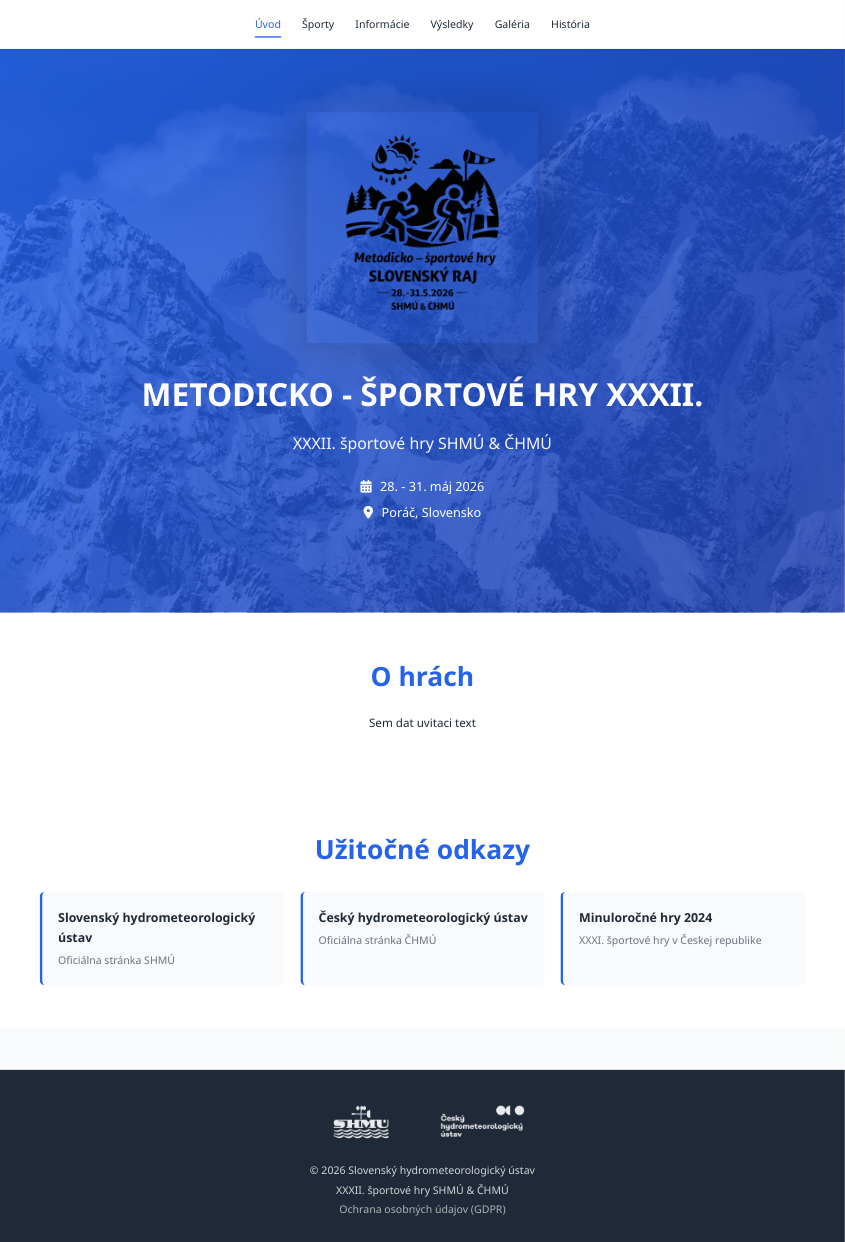
Repository: samiljimari/SHMU-web
Page: index.html
An editor plug-in stored every save of this project. The page is shown before and after the next save, followed by the edit.
The browser window is 1280 px wide. The pictures show the whole page, at 66% of full size.

Above is the page before, as saved 2026-01-14 15:15:10.

After the next save:
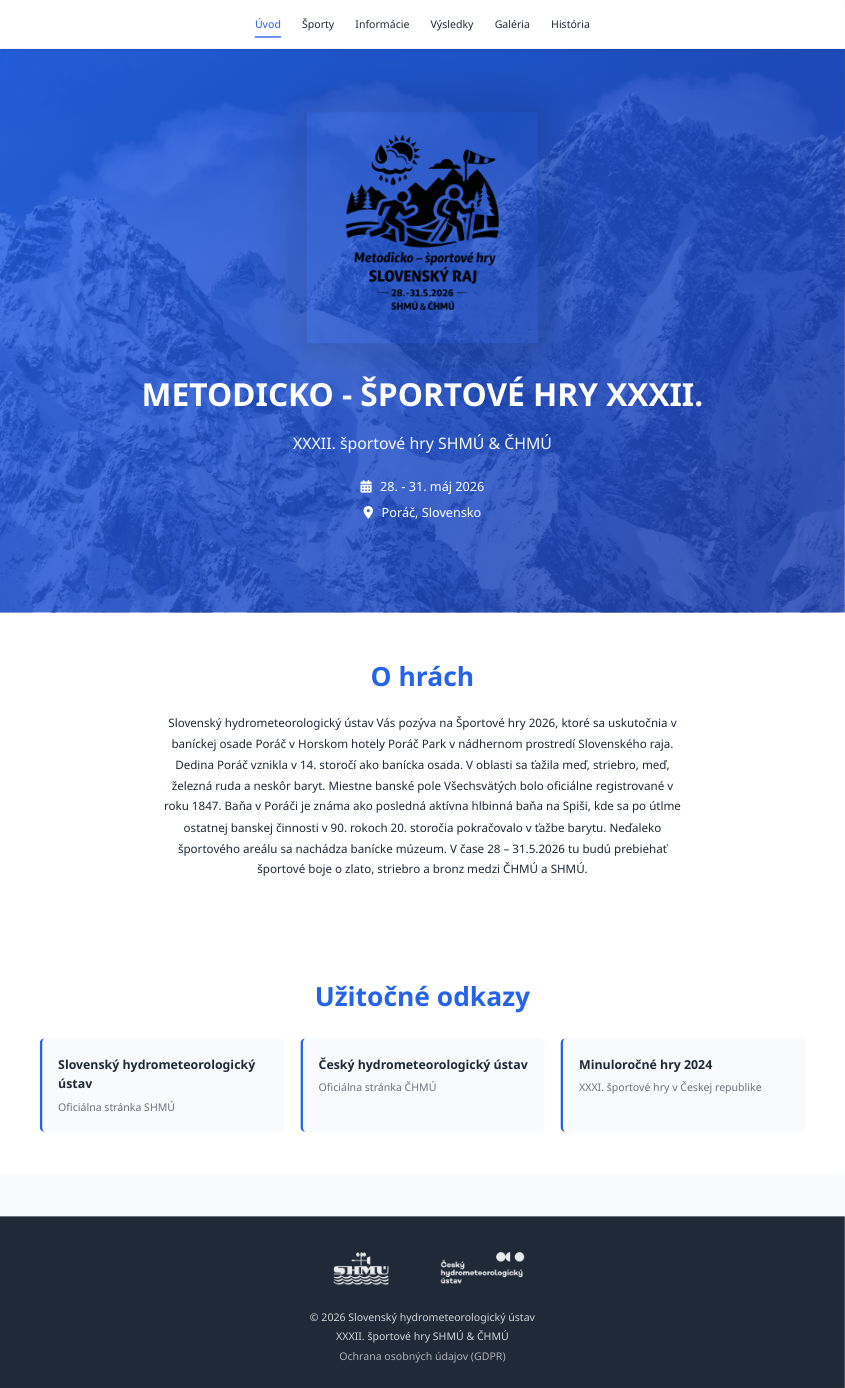
Saved 15 min 14 s later.
--- a/index.html
+++ b/index.html
@@ -45,7 +45,12 @@
             <div class="container">
                 <h2>O hrách</h2>
                 <p>
-                    Sem dat uvitaci text
+                    Slovenský hydrometeorologický ústav Vás pozýva na Športové hry 2026, ktoré sa uskutočnia v baníckej osade Poráč v Horskom hotely Poráč Park v nádhernom prostredí Slovenského raja.
+Dedina  Poráč vznikla v 14. storočí ako banícka osada. V oblasti sa ťažila meď, striebro, meď, železná ruda a neskôr baryt. Miestne banské pole Všechsvätých bolo oficiálne registrované v roku 1847.
+Baňa v Poráči je známa ako posledná aktívna hlbinná baňa na Spiši, kde sa po útlme ostatnej banskej činnosti v 90. rokoch 20. storočia pokračovalo v ťažbe barytu. Neďaleko športového areálu sa nachádza banícke múzeum.
+
+V čase 28 – 31.5.2026 tu budú prebiehať športové boje o zlato, striebro a bronz medzi ČHMÚ a SHMÚ.
+
                 </p>
             </div>
         </section>
